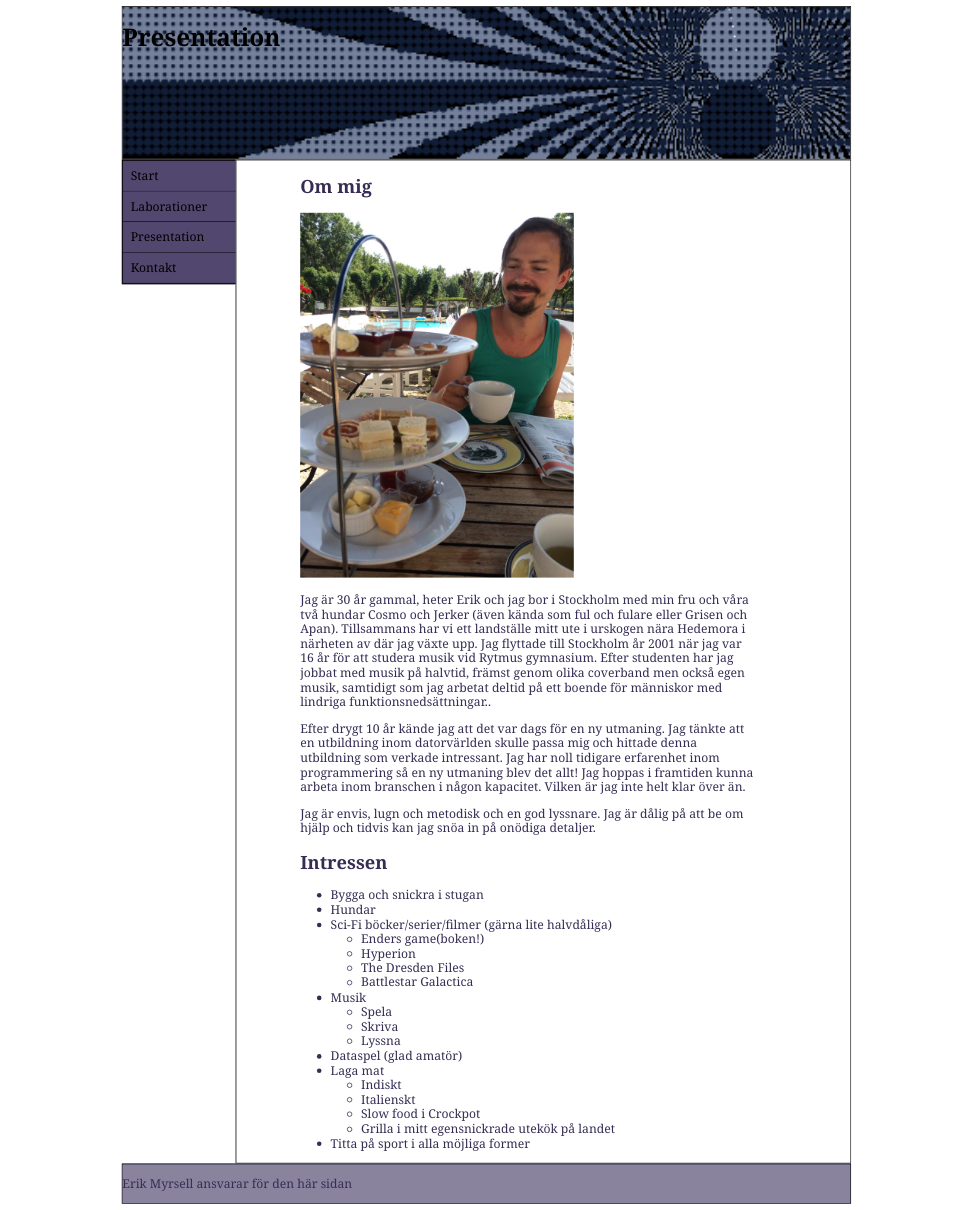
Repository: em222mt/1IK415_em222mt
Page: pages/presentation.html
The author's editor kept a record of every edit. The page is drawn from the files as they stood at one moment, then again after the next edit.
The browser window is 1280 px wide. The pictures show the whole page, at 76% of full size.

Above is the page before.

### pages/presentation.html
<!doctype html>
<html lang="sv">

<head>
    <meta charset="utf-8">
    <title>Min första sida</title>

     <link rel="stylesheet" href="../css/basic.css">
</head>

    <!-- Startpunkt -->

    <body>
        <div id="container">

            <div id="header">

                <h1 class="headertitle">Presentation</h1>

            </div>

            <div id="navigation">

                <ul>
                    <li><a href="../index.html" class="active">Start</a></li>
                    <li><a href="laborationer.html" class="active">Laborationer</a></li>
                    <li><a href="presentation.html" class="active">Presentation</a></li>
                    <li><a href="kontakt.html" class="active">Kontakt</a></li>
                </ul>

            </div>

            <div id="content">



            <h2>Om mig</h2>

            <img id="bild" src="../pics/tea.jpg" alt="Sommar med Afternoon tea på Häringe slott" width="360" height="480">

                <p>Jag är 30 år gammal, heter Erik och jag bor i Stockholm med min fru och våra två hundar Cosmo och Jerker (även kända som ful och fulare eller Grisen och Apan). Tillsammans har vi ett landställe mitt ute i urskogen nära Hedemora i närheten av där jag växte upp. Jag flyttade till Stockholm år 2001 när jag var 16 år för att studera musik vid Rytmus gymnasium. Efter studenten har jag jobbat med musik på halvtid, främst genom olika coverband men också egen musik, samtidigt som jag arbetat deltid på ett boende för människor med lindriga funktionsnedsättningar..
                </p>
                <p>Efter drygt 10 år kände jag att det var dags för en ny utmaning. Jag tänkte att en utbildning inom datorvärlden skulle passa mig och hittade denna utbildning som verkade intressant. Jag har noll tidigare erfarenhet inom programmering så en ny utmaning blev det allt! Jag hoppas i framtiden kunna arbeta inom branschen i någon kapacitet. Vilken är jag inte helt klar över än.
                </p>
                <p>Jag är envis, lugn och metodisk och en god lyssnare. Jag är dålig på att be om hjälp och tidvis kan jag snöa in på onödiga detaljer.
                </p>

            <h2>Intressen</h2>

                <ul>
                    <li>Bygga och snickra i stugan</li>
                    <li>Hundar</li>
                    <li>Sci-Fi böcker/serier/filmer (gärna lite halvdåliga)
                        <ul>
                            <li>Enders game(boken!)</li>
                            <li>Hyperion</li>
                            <li>The Dresden Files</li>
                            <li>Battlestar Galactica</li>
                        </ul>
                    </li>
                    <li>Musik
                        <ul>
                            <li>Spela</li>
                            <li>Skriva</li>
                            <li>Lyssna</li>
                        </ul>
                    </li>
                    <li>Dataspel (glad amatör)</li>
                    <li>Laga mat
                        <ul>
                            <li>Indiskt</li>
                            <li>Italienskt</li>
                            <li>Slow food i Crockpot</li>
                            <li>Grilla i mitt egensnickrade utekök på landet</li>
                        </ul>
                    </li>
                    <li>Titta på sport i alla möjliga former</li>
                </ul>

            </div>

            <div id="footer">

                <p>Erik Myrsell ansvarar för den här sidan</p>

            </div>
        </div>
    </body>
</html>

### css/basic.css
/*Här börjar stilmallen*/

a:link 	    { color: #372D53; }
a:visited 	{ color: gray; }
a:focus 	{ color: #51476F; }
a:hover	    { color: #8A839E; }
a:active 	{ color: black; }

/*
Background main: #B4B0C0
Background aside: #51476F
Background header/footer: #8A839E
text-color: #372D53
*/

/*
Background main: #FFFFFF
Background aside: #838283
Background header/footer: #D1D1D1
text-color: #646466
*/

#container {
    max-width: 960px;
    overflow: auto;
    margin: 0 auto;
}
#header {
    border-style: solid;
    border-width: 1px;
    width: 958px;
    background-color: #8A839E;
    background-image: url(../pics/Logo3.png);
    background-size: cover;
    height: 200px;
}

#navigation {
    border-style: solid;
    border-width: 1px;
    float: left;
    width: 148px;
    background-color: #51476F;
}

#navigation ul {
    border: 1px solid black;
    border-bottom: none;
    width: 148px;
    margin: 0; padding: 0;
}

#navigation li {
    list-style-type: none;
    border-bottom: 1px solid black;
    text-decoration: none;
}

#navigation li a {
    display: block;
    padding: 10px;
    background-color: #51476F;
    color: black;
    text-decoration: none;
}

#navigation li a:hover {
    background-color: #B4B0C0;
    color: #51476F;
    text-decoration: none;
}


#content {
    border-style: solid;
    border-width: 1px;
    float: left;
    max-width: 808px;
    background-color: #FFFFFF;
    padding-right: 84px;
    padding-left: 84px;
}

#footer {
    border-style: solid;
    border-width: 1px;
    clear: both;
    max-width: 958px;
    background-color: #8A839E;
}

#gubbe {
    max-width: 450px;
}

p, h1, h2, h3, ul, ol, li, form, table {
    color: #372D53;
    font-family: georgia , serif;
    line-height: 120%;
    width: 600px;
}

table {
    width: 90%;
}

#blogg {
    text-align: center;
    padding-right: 20px;
    padding-left: 20px;
}

#contact {
    padding-right: 20px;
    padding-left: 20px;
}

.headertitle {
    color: black;
}

After the next edit:
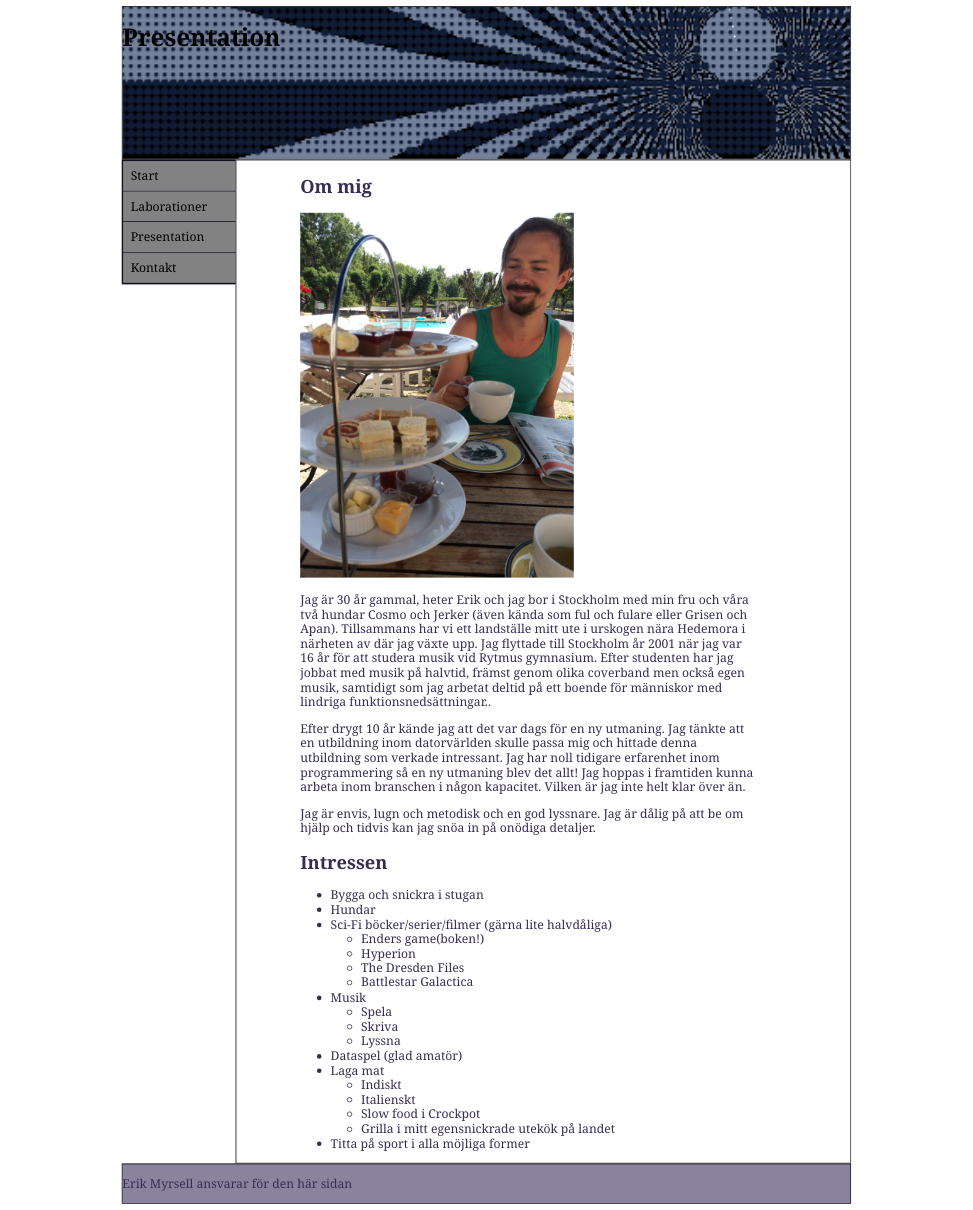
The edit:
--- a/css/basic.css
+++ b/css/basic.css
@@ -59,7 +59,7 @@
 #navigation li a {
     display: block;
     padding: 10px;
-    background-color: #51476F;
+    background-color: #838283;
     color: black;
     text-decoration: none;
 }
